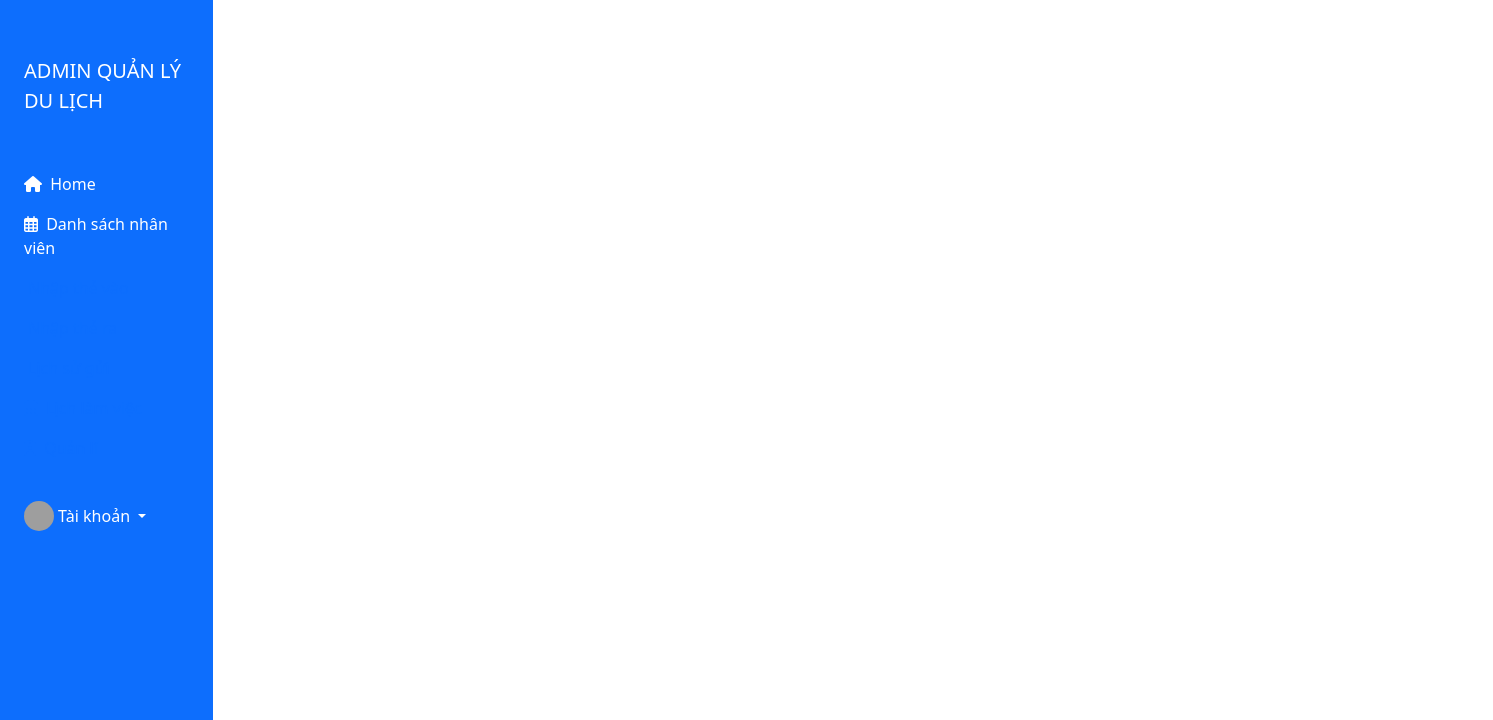
Repository: vantohuu/BOOKINGTOUR
Page: http://localhost/BOOKINGTOUR/WEB-INF/views/admin/admin.jsp
These files come from the project's save history. The page is drawn as it stood at one moment and after the next save; the edit follows.
The browser window is 1280 px wide. The page is 1493 px wide, so the pictures cover 1493 px, including what lies to the right of the window. The pictures show the whole page.
Pictures or frames that could not be fetched are drawn as grey boxes. Some web libraries are served in a nearby version. The page is served by Tomcat 9. Nobody is signed in. The template is opened directly, without the code that normally fills it, so the values that code supplies are empty.

Above is the page before, as saved 2023-05-04 13:05:38.

After the next save:
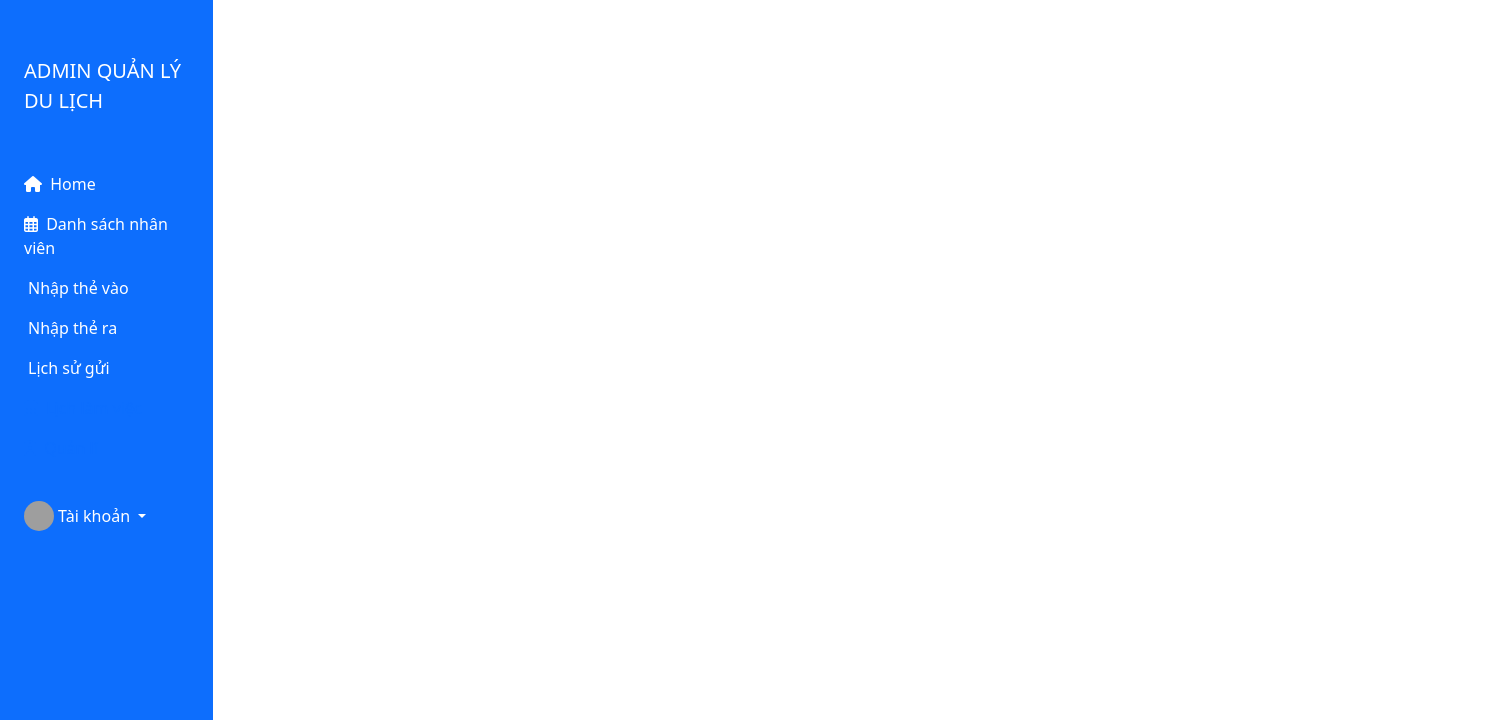
Saved 26 s later.
--- a/BOOKINGTOUR/src/main/webapp/WEB-INF/views/admin/admin.jsp
+++ b/BOOKINGTOUR/src/main/webapp/WEB-INF/views/admin/admin.jsp
@@ -31,15 +31,15 @@
                              <i class="fa-regular fa-calendar-days"></i>
                              <span class="ms-1 d-none d-sm-inline">Danh sách nhân viên</span>
                         </a>
-                        <ul class="collapse text-white show nav flex-column ms-1" id="submenu1" data-bs-parent="#menu">
+                        <ul class="collapse  show nav flex-column ms-1" id="submenu1" data-bs-parent="#menu">
                             <li class="w-100">
-                                <a href="thevao.htm" class="nav-link px-0"> <span class="d-none d-sm-inline">Nhập thẻ vào</span></a>
+                                <a href="thevao.htm" class="nav-link px-0 text-white"> <span class="d-none d-sm-inline">Nhập thẻ vào</span></a>
                             </li>
                             <li>
-                                <a href="thera.htm" class="nav-link px-0"> <span class="d-none d-sm-inline">Nhập thẻ ra</span></a>
+                                <a href="thera.htm" class="nav-link px-0 text-white"> <span class="d-none d-sm-inline">Nhập thẻ ra</span></a>
                             </li>
                             <li>
-                                <a href="lichsugui.htm" class="nav-link px-0"> <span class="d-none d-sm-inline">Lịch sử gửi </span></a>
+                                <a href="lichsugui.htm" class="nav-link px-0 text-white"> <span class="d-none d-sm-inline">Lịch sử gửi </span></a>
                             </li>
                         </ul>
                     </li>
